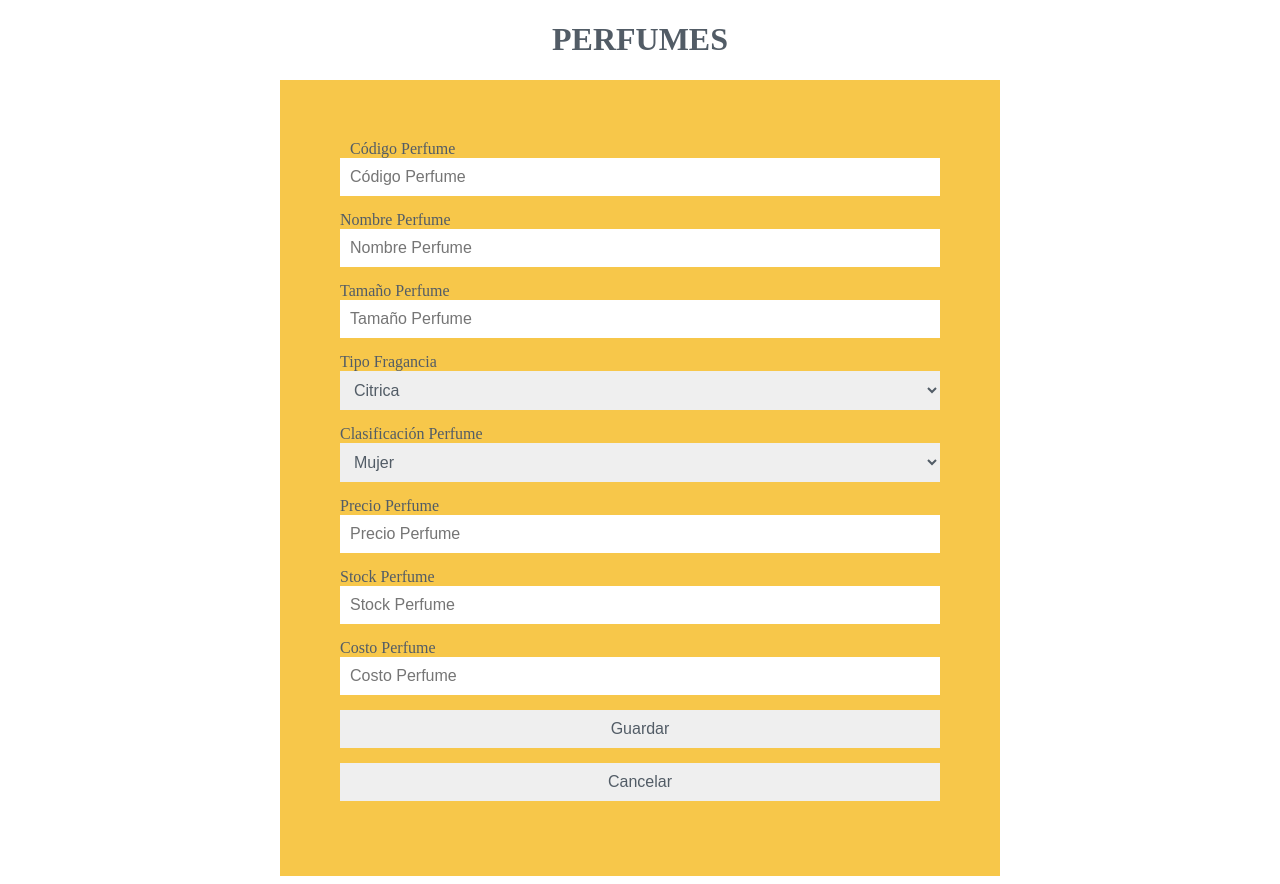
Repository: alejamorenovallejo/arosmile
Page: perfume.html
The author's editor kept a copy of each file at every save. The page is drawn from the files as they stood at one save, then again after the next save.
The browser window is 1280 px wide. The pictures show the whole page.

Above is the page before, as saved 2021-09-12 02:23:09.
Not found: main.js

### perfume.html
<!DOCTYPE html>
<html>
  <head>
    <meta charset="utf-8" />
    <meta http-equiv="X-UA-Compatible" content="IE=edge" />
    <title>Perfumes</title>
    <meta name="viewport" content="width=device-width, initial-scale=1" />
    <link
      rel="stylesheet"
      type="text/css"
      media="screen"
      href="css/style.css"
    />
    <script src="main.js"></script>
  </head>
  <body>
    <header></header>
    <main>
        <h1>PERFUMES</h1>
        <form action="" method="POST">
          <label for="codigo_perfume">
            <span>Código Perfume</span>
            <input
              type="text"
              id="codigo_perfume"
              name="codigo_perfume"
              placeholder="Código Perfume"
            />
          </label>
          <label for="nombre_perfume">
            <span>Nombre Perfume</span>
            <input
              type="text"
              id="nombre_perfume"
              name="nombre_perfume"
              placeholder="Nombre Perfume"
            />
          </label>
          <label for="tamano_perfume">
            <span>Tamaño Perfume</span>
            <input
              type="number"
              id="tamano_perfume"
              name="tamano_perfume"
              placeholder="Tamaño Perfume"
            />
          </label>
          <label for="tipo_frangancia">
            <span>Tipo Fragancia</span>
            <select
              name="tipo_frangancia"
              id="tipo_frangancia"
              placeholder="Tipo Fragancia"
            >
              <option value="1">Citrica</option>
            </select>
          </label>
          <label for="clasificacion_perfume">
            <span>Clasificación Perfume</span>
            <select
              name="clasificacion_perfume"
              id="clasificacion_perfume"
              placeholder="Clasificación Perfume"
            >
              <option value="1">Mujer</option>
              <option value="2">Hombre</option>
              <option value="3">Infantil</option>
            </select>
          </label>
          <label for="precio_perfume">
            <span>Precio Perfume</span>
            <input
              type="number"
              id="precio_perfume"
              name="precio_perfume"
              placeholder="Precio Perfume"
            />
          </label>
          <label for="stock_perfume">
            <span>Stock Perfume</span>
            <input
              type="number"
              id="stock_perfume"
              name="stock_perfume"
              placeholder="Stock Perfume"
            />
          </label>
          <label for="costo_perfume">
            <span>Costo Perfume</span>
            <input
              type="number"
              id="costo_perfume"
              name="costo_perfume"
              placeholder="Costo Perfume"
            />
          </label>
          <input
            type="submit"
            id="guardar_perfume"
            name="guardar_perfume"
            value="Guardar"
          />
          <input
            type="button"
            id="cancelar_perfume"
            name="cancelar_perfume"
            value="Cancelar"
          />
        </form>
    </main>
  </body>
</html>

### css/style.css
form {
  padding: 60px;
  max-width: 600px;
  background-color: #F7C74A;
  margin: 0 auto;
}
form input, form select,form label{
    margin-bottom: 15px;
    width: 100%;
    padding: 10px;
    box-sizing: border-box;
    border: none;
    color: #525c66;
    font-size: 1em;
}

h1 {
    text-align: center;
    color: #525c66;

}

After the next save:
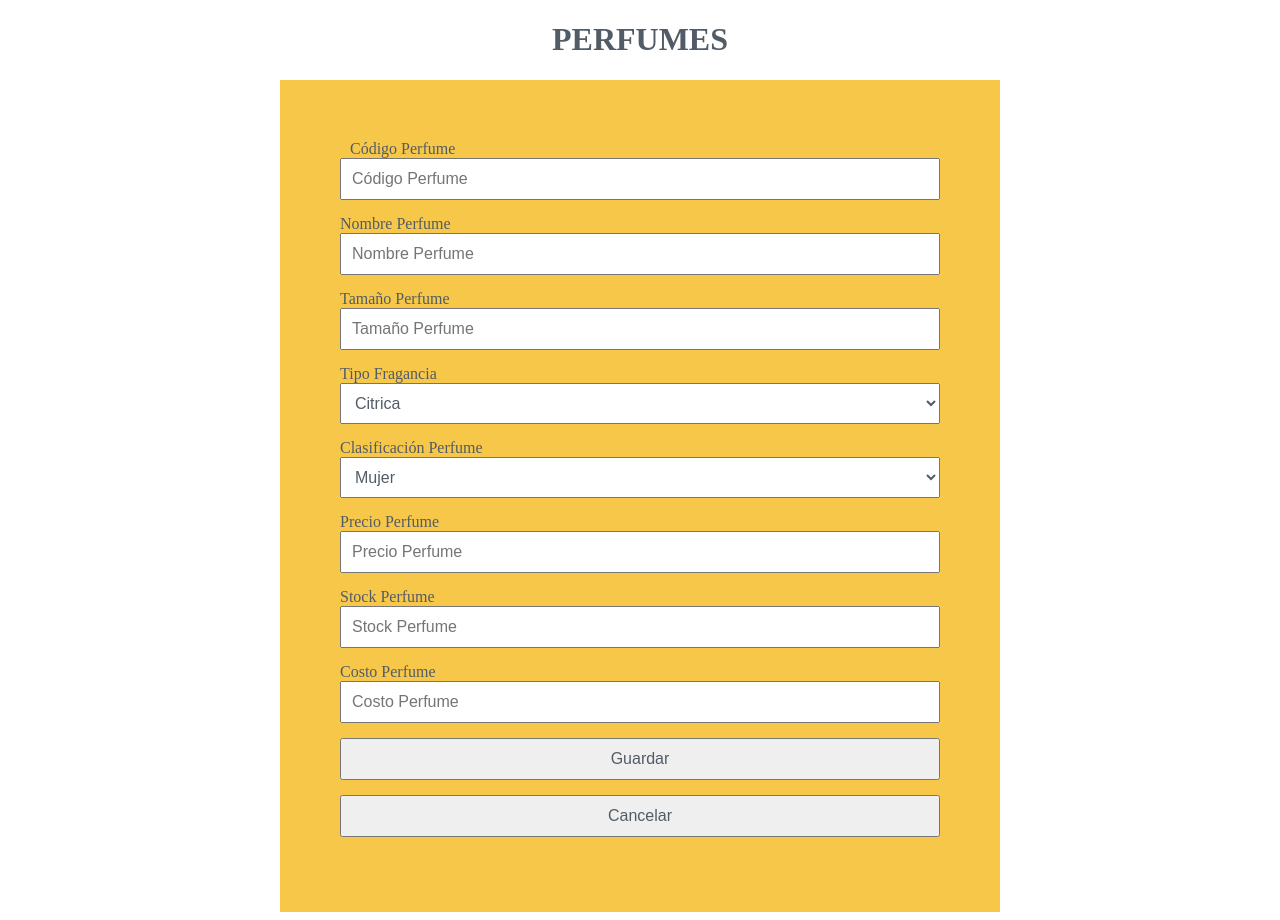
Saved 9 s later.
--- a/css/style.css
+++ b/css/style.css
@@ -9,7 +9,6 @@ form input, form select,form label{
     width: 100%;
     padding: 10px;
     box-sizing: border-box;
-    border: none;
     color: #525c66;
     font-size: 1em;
 }
